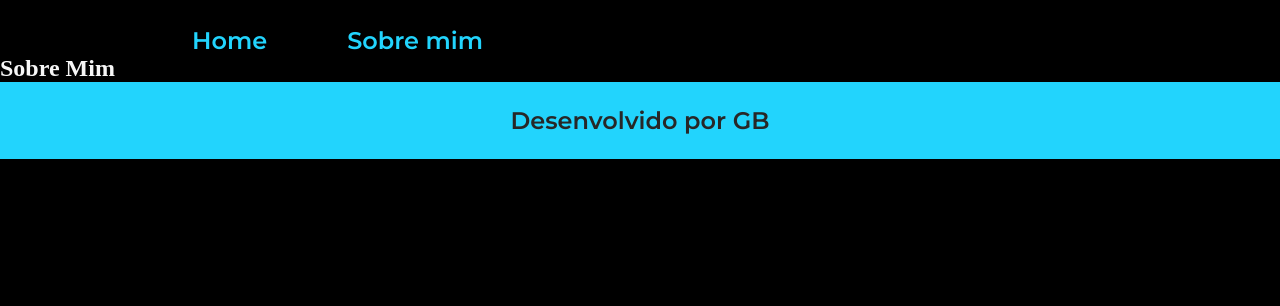
Repository: YoungAkira/CursoHtmlCss
Page: about.html
An editor plug-in stored every save of this project. The page is shown before and after the next save, followed by the edit.
The browser window is 1280 px wide. The pictures show the whole page.
Some web fonts or font styles are not loaded; a fallback is used.

Above is the page before, as saved 2023-05-16 10:06:37.

### about.html
<!DOCTYPE html>
<html lang="pt-br">
<head>
    <meta charset="UTF-8">
    <meta http-equiv="X-UA-Compatible" content="IE=edge">
    <meta name="viewport" content="width=device-width, initial-scale=1.0">
    <link rel="stylesheet" href="./style/style.css">
    <title>Sobre mim</title>
</head>
<body>
    <header class="cabecalho">
        <nav class="cabecalho_menu">
            <a class="cabecalho_menu_link" href="index.html">Home</a>
            <a class="cabecalho_menu_link" href="about.html">Sobre mim</a>
        </nav>
    </header>
    <main>
        <section>
              <h1>Sobre Mim</h1>
              <p></p>
              <p></p>
        </section>
    </main>

    <footer class="rodape">
        <p>Desenvolvido por GB</p>
    </footer>

</body>
</html>

### style/style.css
@import url('https://fonts.googleapis.com/css2?family=Krona+One&family=Montserrat:wght@600&display=swap');

*{
    margin: 0;
    padding: 0;
}


body {
    background-color: black;
    box-sizing: border-box;
    color: #F6F6F6;
}


.cabecalho{
    padding: 2% 0% 0% 15%;
}


.cabecalho_menu{
    display: flex;
    gap: 80px;
}



.cabecalho_menu_link{
    font-family: 'Montserrat',sans-serif;
    font-size: 24px;
    font-weight: 600;
    color: #22D4FD;
    text-decoration: none;
}


.apresentacao{
    display: flex;
    align-items: center;
    justify-content: space-between;
    padding: 5% 15%;
}


.apresentacao_conteudo{
    width: 615px;
    display: flex;
    flex-direction: column;
    gap: 40px;
}


.apresentacao_conteudo_titulo{
    font-size: 36px;
    font-family: 'Krona One',sans-serif;
}


.titulo-destaque {
    color: #22D4FD;
}


.apresentacao_conteudo_texto{
    font-size: 24px;
    font-family: 'Montserrat',sans-serif;
}


.apresentacao_links{
    display: flex;
    flex-direction: column;
    justify-content: space-between;
    align-items: center;
    gap: 32px;
}


.apresentacao_links_subtitulo{
    font-size: 24px;
    font-family: 'Krona One', sans-serif;
    font-weight: 400;


}


.apresentacao-links-link{
    display: flex;
    justify-content: center;
    gap:16px;
    border: 2px solid #22D4FD;
    width: 378px;
    text-align: center;
    border-radius: 8px;
    font-size: 24px;
    padding: 21.5px 0;
    text-decoration: none;
    color :#F6F6F6;
    font-family: 'Krona One',sans-serif;
    font-weight: 600;
}


.apresentacao-links-link:hover{
    background-color:#272727;
    padding: 3%;
}


.rodape{
    color: #272727;
    background-color: #22D4FD;
    text-align:center;
    padding: 24PX;
    font-family: 'Montserrat', sans-serif;
    font-size: 24px;
    font-weight: 400;
}

After the next save:
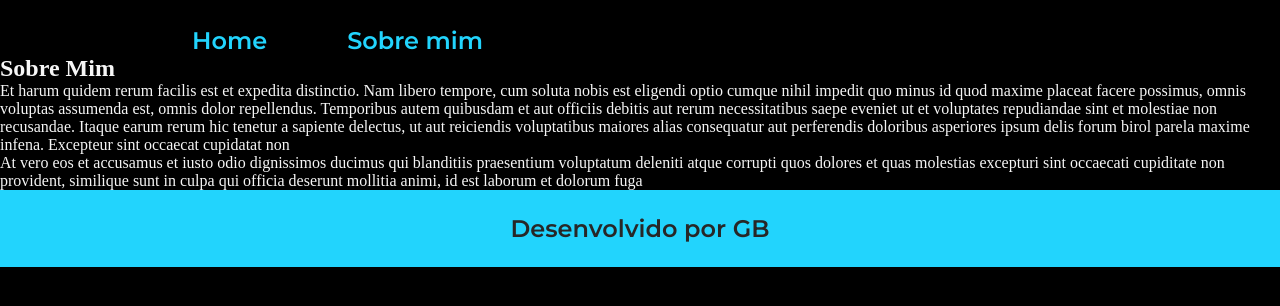
Saved 13 min 0 s later.
--- a/about.html
+++ b/about.html
@@ -17,8 +17,8 @@
     <main>
         <section>
               <h1>Sobre Mim</h1>
-              <p></p>
-              <p></p>
+              <p>Et harum quidem rerum facilis est et expedita distinctio. Nam libero tempore, cum soluta nobis est eligendi optio cumque nihil impedit quo minus id quod maxime placeat facere possimus, omnis voluptas assumenda est, omnis dolor repellendus. Temporibus autem quibusdam et aut officiis debitis aut rerum necessitatibus saepe eveniet ut et voluptates repudiandae sint et molestiae non recusandae. Itaque earum rerum hic tenetur a sapiente delectus, ut aut reiciendis voluptatibus maiores alias consequatur aut perferendis doloribus asperiores ipsum delis forum birol parela maxime infena. Excepteur sint occaecat cupidatat non</p>
+              <p>At vero eos et accusamus et iusto odio dignissimos ducimus qui blanditiis praesentium voluptatum deleniti atque corrupti quos dolores et quas molestias excepturi sint occaecati cupiditate non provident, similique sunt in culpa qui officia deserunt mollitia animi, id est laborum et dolorum fuga</p>
         </section>
     </main>
 
